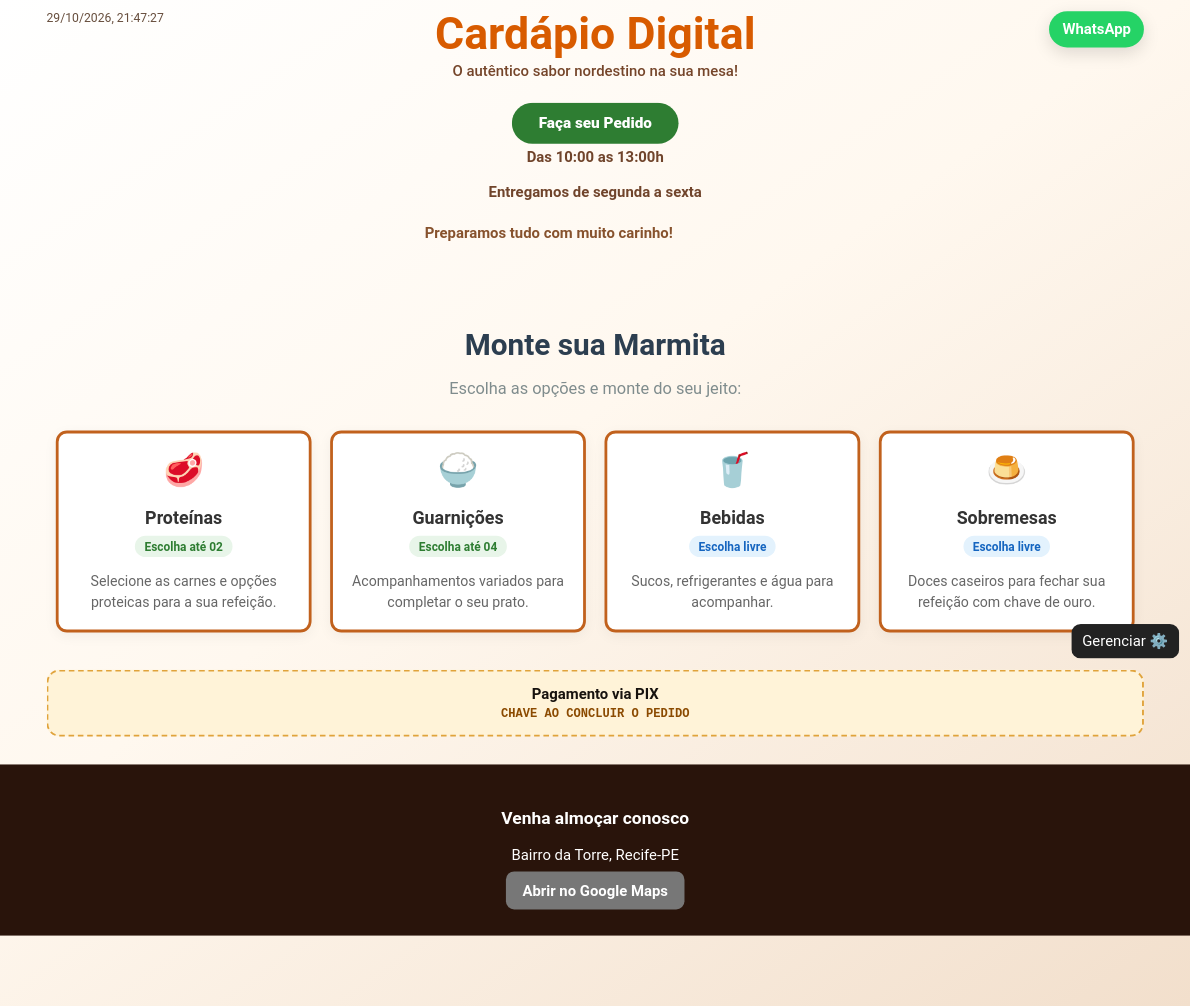
Repository: JeffRodFer/sd-copy-01-frontend
Page: index.html
The author's editor kept a copy of each file at every save. The page is drawn from the files as they stood at one save, then again after the next save.
The browser window is 1280 px wide. The pictures show the whole page, at 93% of full size.
The page's requests for data from a server got no answer.

Above is the page before, as saved 2026-10-30 22:53:26.

### index.html
<!DOCTYPE html>
<html lang="pt-BR">

<head>
  <meta charset="UTF-8">
  <meta name="viewport" content="width=device-width, initial-scale=1.0">
  <title>Cardápio Digital</title>
  <link rel="stylesheet" href="style.css">
</head>

<body>


  <header class="container">

    <div class="topbar">

      <div id="datetime" class="datetime"></div>


      <div class="brand">

        <h1>
          Cardápio Digital
        </h1>

        <p>
          O autêntico sabor nordestino na sua mesa!
        </p>

      </div>


      <a id="wa-float-link" class="wa-float" href="https://wa.me/5581920036280" target="_blank" rel="noopener">
        WhatsApp
      </a>

    </div>


    <button class="cta" id="openOrder">
      Faça seu Pedido
    </button>


    <div class="notice">
      Das 10:00 as 13:00h <br><br>
      Entregamos de segunda a sexta
    </div>

  </header>


  <main class="container" id="menu"></main>


  <div class="container note">
    Preparamos tudo com muito carinho!
  </div>

  <section class="menu-categories-section">
  <h2>Monte sua Marmita</h2>
  <p class="subtitle">Escolha as opções e monte do seu jeito:</p>

  <div class="categories-grid">
    <!-- Card Proteínas -->
    <div class="category-card">
      <div class="category-icon">🥩</div>
      <h3>Proteínas</h3>
      <span class="badge-limit">Escolha até 02</span>
      <p>Selecione as carnes e opções proteicas para a sua refeição.</p>
    </div>

    <!-- Card Guarnições -->
    <div class="category-card">
      <div class="category-icon">🍚</div>
      <h3>Guarnições</h3>
      <span class="badge-limit">Escolha até 04</span>
      <p>Acompanhamentos variados para completar o seu prato.</p>
    </div>

    <!-- Card Bebidas -->
    <div class="category-card">
      <div class="category-icon">🥤</div>
      <h3>Bebidas</h3>
      <span class="badge-limit livre">Escolha livre</span>
      <p>Sucos, refrigerantes e água para acompanhar.</p>
    </div>

    <!-- Card Sobremesas -->
    <div class="category-card">
      <div class="category-icon">🍮</div>
      <h3>Sobremesas</h3>
      <span class="badge-limit livre">Escolha livre</span>
      <p>Doces caseiros para fechar sua refeição com chave de ouro.</p>
    </div>
  </div>
</section>


  <div class="container pix">

    <strong>
      Pagamento via PIX
    </strong>

    <br>


    <code>
    CHAVE AO CONCLUIR O PEDIDO
  </code>

  </div>


  <footer class="footer">

    <div class="container">

      <h3>
        Venha almoçar conosco
      </h3>

      <div>
        Bairro da Torre, Recife-PE
      </div>


      <a class="maps" href="https://maps.google.com/?q=Rua+Vermelha+02+Torre" target="_blank" rel="noopener">
        Abrir no Google Maps
      </a>


    </div>

  </footer>


  <button class="manage" id="openAdmin">
    Gerenciar ⚙️
  </button>
  <br>
  <br>
  <br>
  <br>

  <!-- =====================================================
     MODAL DO PEDIDO
     ===================================================== -->

  <div class="overlay hidden" id="orderOverlay">

    <div class="modal">


      <!-- PASSO 1 -->

      <div id="orderStep1" class="step active">

        <h2>
          Faça seu Pedido
        </h2>


        <div id="orderError1" class="error hidden"></div>


        <div class="form-grid">


          <div class="field">

            <label>
              Nome Completo
            </label>

            <input id="customerName" autocomplete="name">

          </div>


          <div class="field">

            <label>
              Telefone
            </label>

            <input id="customerPhone" inputmode="tel" autocomplete="tel" maxlength="15" placeholder="(81) 99999-8888">

          </div>


          <div class="field full">

            <label>
              Endereço de Entrega
            </label>

            <input id="customerAddress" autocomplete="street-address">

          </div>


          <div class="field">

            <label>
              Quantidade de Marmitas
            </label>

            <input id="mealCount" type="number" min="1" max="20" value="1">

          </div>


        </div>


        <div class="delivery">

          <label>

            <input type="radio" name="delivery" value="true" checked>

            Entrega em casa - R$ 5,00

          </label>


          <label>

            <input type="radio" name="delivery" value="false">

            Retirar no Restaurante - R$ 0,00

          </label>

        </div>


        <div class="actions">

          <button class="btn gray" id="closeOrder1">
            Cancelar
          </button>


          <button class="btn green" id="toStep2">
            Continuar
          </button>

        </div>

      </div>


      <!-- PASSO 2 -->

      <div id="orderStep2" class="step">

        <h2>
          Monte suas Marmitas
        </h2>


        <div id="orderError2" class="error hidden"></div>


        <div id="marmitas"></div>


        <div class="actions">

          <button type="button" class="btn gray" id="backStep1">
            Voltar
          </button>


          <button type="button" class="btn green" id="toStep3" onclick="clicarEncerrarPedido(event)">
            Encerrar e seguir
          </button>

        </div>

      </div>


      <!-- PASSO 3 -->
      <div id="orderStep3" class="step">

        <h2>Resumo do Pedido</h2>

        <div id="orderSummary" class="order-text"></div>

        <div id="finalTotal" class="total"></div>

        <div class="actions">
          <button class="btn red" id="cancelFinal">
            Voltar
          </button>

          <button class="btn green" id="sendRestaurant">
            Enviar Pedido ao Restaurante
          </button>
        </div>

      </div>

    </div>

  </div>


  <!-- =====================================================
     MODAL ADMINISTRATIVO
     ===================================================== -->

  <div class="overlay hidden" id="adminOverlay">

    <div class="admin-modal">

      <h2>
        Gerenciar Cardápio
      </h2>


      <div id="adminError" class="error hidden"></div>


      <!-- LOGIN -->

      <div id="adminLogin">

        <div class="field">

          <label>
            Usuário
          </label>

          <input id="adminUser" autocomplete="username" value="admin">

        </div>


        <div class="field" style="margin-top:10px">

          <label>
            Senha
          </label>

          <input id="adminPassword" type="password" autocomplete="current-password">

        </div>


        <div class="actions">

          <button class="btn gray" id="closeAdminLogin">
            Fechar
          </button>


          <button class="btn green" id="adminLoginBtn">
            Entrar
          </button>

        </div>

      </div>


      <!-- PAINEL -->

      <div id="adminPanel" class="hidden">

        <div id="adminItems" class="admin-grid"></div>


        <div class="actions">

          <button class="btn gray" id="adminClose">
            Fechar
          </button>


          <button class="btn green" id="adminSave">
            Salvar alterações
          </button>

        </div>

      </div>

    </div>

  </div>


  <script src="script.js"></script>
</body>

</html>

### style.css
:root {
      --orange: #f57c00;
      --brown: #6d3414;
      --green: #2e7d32;
      --red: #d32f2f;
      --blue: #1976d2;
      --purple: #7b1fa2;
      --cream: #fffaf5;
      --line: #eadfd6;
      --muted: #666;
    }

    * {
      box-sizing: border-box;
    }

    html {
      scroll-behavior: smooth;
    }

    body {
      margin: 0;
      background:
        linear-gradient(145deg,
          #fff 0%,
          #fff8ef 45%,
          #f2dfcc 100%);
      color: #17120e;
      font-family: Roboto, Arial, sans-serif;
      min-height: 100vh;
    }

    button,
    input,
    textarea {
      font: inherit;
    }

    button {
      cursor: pointer;
      border: 0;
    }

    .container {
      width: min(1180px, 94%);
      margin: auto;
    }


    /* HEADER */

    .topbar {
      display: grid;
      grid-template-columns: 1fr auto 1fr;
      align-items: start;
      padding: 12px 0;
      gap: 10px;
    }

    .datetime {
      font-size: .82rem;
      color: #674e3d;
    }

    .brand {
      text-align: center;
    }

    .brand h1 {
      margin: 0;
      color: #d85b00;
      font-size: clamp(1.8rem, 5vw, 3rem);
      line-height: 1.05;
    }

    .brand p {
      margin: 5px 0;
      color: #75452a;
      font-weight: 500;
    }

    .wa-float {
      justify-self: end;
      background: #25d366;
      color: #fff;
      padding: 10px 14px;
      border-radius: 999px;
      text-decoration: none;
      font-weight: 700;
      box-shadow: 0 6px 18px #0002;
    }

    .cta {
      display: block;
      margin: 8px auto 5px;
      background: var(--green);
      color: #fff;
      border-radius: 999px;
      padding: 12px 28px;
      font-weight: 800;
      font-size: 1rem;
      animation: pulse 2s infinite;
    }

    .notice {
      text-align: center;
      color: #70442b;
      font-weight: 700;
      margin-bottom: 18px;
    }

    @keyframes pulse {

      0%,
      100% {
        transform: scale(1);
      }

      50% {
        transform: scale(1.03);
      }
    }


    /* CARDÁPIO */

    .section {
      margin: 20px 0;
    }

    .section h2 {
      margin: 0 0 12px;
      color: var(--brown);
    }

    .grid {
      display: grid;
      grid-template-columns:
        repeat(auto-fit,
          minmax(180px, 1fr));
      gap: 10px;
    }

    .card {
      background: #fff;
      border: 1px solid var(--line);
      border-radius: 14px;
      padding: 14px;
      box-shadow:
        0 3px 12px #5a2a0d12;
    }

    .card strong {
      display: block;
    }

    .unavailable {
      opacity: .52;
    }

    .badge {
      display: inline-block;
      margin-top: 7px;
      font-size: .78rem;
      background: #eee;
      padding: 4px 8px;
      border-radius: 999px;
    }

    .accent-guarnicoes {
      border-top: 5px solid #8b5a2b;
    }

    .accent-proteinas {
      border-top: 5px solid #d32f2f;
    }

    .accent-bebidas {
      border-top: 5px solid #1976d2;
    }

    .accent-sobremesas {
      border-top: 5px solid #7b1fa2;
    }

    .note {
      text-align: center;
      font-weight: 700;
      color: #87522d;
      margin: 25px 0;
    }

    .pix {
      background: #fff3d8;
      border: 2px dashed #e0a33b;
      border-radius: 14px;
      padding: 15px;
      text-align: center;
    }

    .pix code {
      font-weight: 800;
      color: #8b4a00;
      word-break: break-all;
    }


    /* FOOTER */

    .footer {
      margin-top: 30px;
      background: #29140b;
      color: #fff;
      padding: 28px 0;
      text-align: center;
    }

    .maps {
      display: inline-block;
      background: #777;
      color: #fff;
      padding: 11px 18px;
      border-radius: 9px;
      text-decoration: none;
      font-weight: 700;
      margin-top: 8px;
    }

    .manage {
      position: fixed;
      right: 12px;
      bottom: 12px;
      background: #222;
      color: #fff;
      padding: 9px 12px;
      border-radius: 10px;
      z-index: 20;
    }


    /* MODAIS */

    .overlay {
      position: fixed;
      inset: 0;
      background: #0009;
      display: flex;
      align-items: center;
      justify-content: center;
      padding: 12px;
      z-index: 100;
    }

    .hidden {
      display: none !important;
    }

    .modal {
      background: #fff;
      width: min(1050px, 100%);
      max-height: 94vh;
      overflow: auto;
      border-radius: 18px;
      box-shadow: 0 20px 70px #0007;
      padding: 22px;
    }

    .modal h2 {
      color: var(--brown);
      margin: 0 0 18px;
    }

    .step {
      display: none;
    }

    /* =====================================================
ESTILOS DA SEÇÃO DE CATEGORIAS (PÁGINA PRINCIPAL)
===================================================== */
.menu-categories-section {
  padding: 40px 20px;
  text-align: center;
  max-width: 1200px;
  margin: 0 auto;
}

.menu-categories-section h2 {
  font-size: 2rem;
  color: #2c3e50;
  margin-bottom: 8px;
  font-weight: 700;
}

.menu-categories-section .subtitle {
  color: #7f8c8d;
  margin-bottom: 35px;
  font-size: 1.1rem;
}

.categories-grid {
  display: grid;
  grid-template-columns: repeat(auto-fit, minmax(250px, 1fr));
  gap: 20px;
  justify-content: center;
}

.category-card {
  background: #ffffff;
  border-radius: 12px;
  padding: 18px 15px;
  box-shadow: 0 4px 15px rgba(0, 0, 0, 0.05);
  transition: transform 0.3s ease, box-shadow 0.3s ease;
  border: 3px solid #c1611d;
  text-align: center;
}

.category-card:hover {
  transform: translateY(-5px);
  box-shadow: 0 8px 25px rgba(233, 83, 46, 0.1);
  border-color: 2px #d85b00;
}

.category-icon {
  font-size: 2.2rem;
  margin-bottom: 8px;
}

.category-card h3 {
  font-size: 1.2rem;
  color: #333333;
  margin-bottom: 8px;
}

.badge-limit {
  display: inline-block;
  background-color: #e8f5e9;
  color: #2e7d32;
  font-weight: 600;
  font-size: 0.8rem;
  padding: 4px 10px;
  border-radius: 20px;
  margin-bottom: 15px;
}

.badge-limit.livre {
  background-color: #e3f2fd;
  color: #1565c0;
}

.category-card p {
  color: #666666;
  font-size: 0.95rem;
  line-height: 1.5;
  margin: 0;
  border-radius: 2px #8b4a00;
}

    .step.active {
      display: block;
    }


    /* FORMULÁRIO */

    .form-grid {
      display: grid;
      grid-template-columns: 1fr;
      gap: 12px;
    }

    .field label {
      display: block;
      font-weight: 700;
      margin-bottom: 5px;
    }

    .field input,
    .field textarea,
    .field select {
      width: 100%;
      padding: 11px;
      border: 1px solid #cfcfcf;
      border-radius: 10px;
      background: #fff;
    }

    .field textarea {
      min-height: 75px;
      resize: vertical;
    }

    .delivery {
      display: grid;
      gap: 9px;
      margin: 12px 0;
    }

    .delivery label {
      border: 1px solid #ddd;
      border-radius: 10px;
      padding: 12px;
    }


    /* MARMITAS */

    .marmita {
      border: 1px solid #ddd;
      border-radius: 15px;
      padding: 14px;
      margin: 14px 0;
      background: #fff;
    }

    .marmita h3 {
      margin: 0 0 12px;
      color: #7b401f;
    }

    .choice-group {
      margin: 13px 0;
    }

    .choice-group h4 {
      margin: 0 0 8px;
    }

    .choices {
      display: grid;
      grid-template-columns:
        repeat(auto-fit,
          minmax(190px, 1fr));
      gap: 8px;
    }

    .check {
      border: 1px solid #ddd;
      border-radius: 10px;
      padding: 9px;
      background: #fafafa;
    }

    .check input {
      margin-right: 6px;
    }

    .limit {
      font-size: .8rem;
      color: var(--muted);
      margin: 5px 0;
    }


    /*
  IMPORTANTE:
  A linha de quantidade agora é uma GRID
  com nome + preço + menos + quantidade + mais.
  Assim o + nunca cai para a linha de baixo.
*/

    .qty-list {
      display: grid;
      gap: 7px;
    }

    .qty-row {
      display: grid;

      grid-template-columns:
        minmax(0, 1fr) auto auto auto auto;

      align-items: center;

      gap: 8px;

      border: 1px solid #eee;
      border-radius: 11px;
      padding: 8px;

      background: #faf8f6;
    }

    .qty-name {
      min-width: 0;
      font-weight: 700;
      overflow-wrap: anywhere;
    }

    .qty-price {
      font-size: .9rem;
      color: #555;
      white-space: nowrap;
    }

    .qty-btn {
      width: 36px;
      height: 36px;
      border-radius: 9px;
      background: #eee;
      font-weight: 900;
      font-size: 1.1rem;
    }

    .qty-value {
      min-width: 22px;
      text-align: center;
      font-weight: 800;
    }


    /* BOTÕES */

    .actions {
      display: flex;
      gap: 10px;
      justify-content: flex-end;
      flex-wrap: wrap;
      margin-top: 18px;
    }

    .btn {
      padding: 12px 18px;
      border-radius: 10px;
      font-weight: 800;
    }

    .btn.green {
      background: #2e7d32;
      color: #fff;
    }

    .btn.red {
      background: #e57373;
      color: #fff;
    }

    .btn.gray {
      background: #eee;
    }

    .total {
      font-size: 1.2rem;
      text-align: right;
      color: #18752b;
      font-weight: 900;
      margin-top: 14px;
    }

    .error {
      background: #ffe5e5;
      color: #9b1c1c;
      padding: 10px;
      border-radius: 9px;
      margin: 10px 0;
    }

    .order-text {
      background: #f5f5f5;
      padding: 14px;
      border-radius: 12px;
      white-space: pre-wrap;
      font-family: monospace;
      line-height: 1.45;
    }


    /* ADMIN */

    .admin-modal {
      background: #f5f5f5;
      width: min(1100px, 100%);
      max-height: 92vh;
      overflow: auto;
      border-radius: 18px;
      padding: 20px;
    }

    .admin-grid {
      display: grid;
      grid-template-columns: 1fr;
      gap: 16px;
    }

    .admin-section {
      background: #fff;
      padding: 14px;
      border-radius: 14px;
    }

    .admin-item {
      display: flex;
      align-items: center;
      justify-content: space-between;
      gap: 10px;
      padding: 9px 0;
      border-bottom: 1px solid #eee;
    }

    .admin-item:last-child {
      border-bottom: 0;
    }

    .switch {
      position: relative;
      width: 50px;
      height: 28px;
      flex: 0 0 auto;
    }

    .switch input {
      display: none;
    }

    .slider {
      position: absolute;
      inset: 0;
      background: #bbb;
      border-radius: 30px;
    }

    .slider:before {
      content: "";
      position: absolute;
      width: 22px;
      height: 22px;
      left: 3px;
      top: 3px;
      background: #fff;
      border-radius: 50%;
      transition: .2s;
    }

    .switch input:checked+.slider {
      background: #2e7d32;
    }

    .switch input:checked+.slider:before {
      transform: translateX(22px);
    }


    /* RESPONSIVO */

    @media(min-width:700px) {

      .form-grid {
        grid-template-columns:
          1fr 1fr;
      }

      .form-grid .full {
        grid-column: 1/-1;
      }

      .admin-grid {
        grid-template-columns:
          1fr 1fr;
      }

    }


    @media(max-width:600px) {

      .topbar {
        grid-template-columns:
          1fr auto;
      }

      .brand {
        grid-column: 1/-1;
        grid-row: 1;
      }

      .datetime {
        grid-column: 1;
      }

      .wa-float {
        grid-column: 2;
      }

      /*
    Mantém TODOS os controles da bebida
    na mesma linha.
  */

      .qty-row {
        grid-template-columns:
          minmax(0, 1fr) auto auto auto auto;
      }

      .qty-price {
        font-size: .8rem;
      }

      .modal {
        padding: 15px;
      }

      .actions .btn {
        flex: 1 1 100%;
      }

    }

Loaded but not shown: script.js (1589 lines, source omitted)

After the next save:
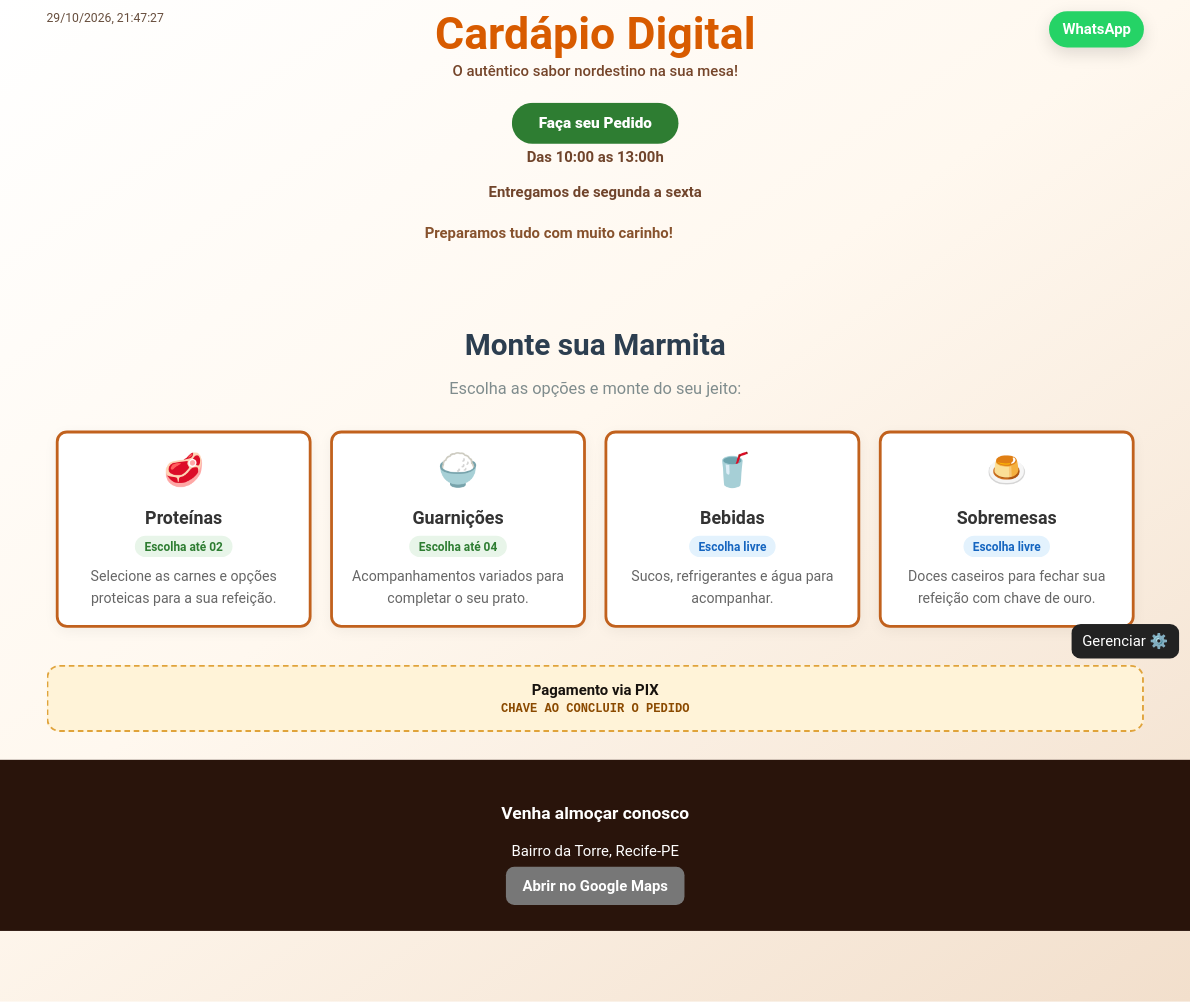
Saved 10 s later.
--- a/style.css
+++ b/style.css
@@ -339,7 +339,7 @@ ESTILOS DA SEÇÃO DE CATEGORIAS (PÁGINA PRINCIPAL)
   font-size: 0.8rem;
   padding: 4px 10px;
   border-radius: 20px;
-  margin-bottom: 15px;
+  margin-bottom: 10px;
 }
 
 .badge-limit.livre {
